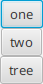
Repository: angelalvess/java-fx
Program's window: java javafx/src/basic/firstFx.java
The author's editor kept a copy of each file at every save. The program's window is drawn from the files as they stood at one save, then again after the next save.
It runs on Java 21 on a 1366 x 768 screen with JavaFX 11; the title bar is not drawn.

Above is the program's window before, as saved 2025-02-03 06:23:33.

### javafx/src/basic/firstFx.java
package basic;

import javafx.scene.Scene;
import javafx.scene.control.Button;

import javafx.application.Application;
import javafx.geometry.Pos;
import javafx.scene.layout.VBox;
import javafx.stage.Stage;

public class firstFx extends Application{

	@Override
	public void start(Stage primaryStage) throws Exception {

		Button buttonOne = new Button("one");
		Button buttonTwo = new Button("two");
		Button buttonTree = new Button("tree");

		buttonTree.setOnAction(e -> System.exit(0));

		VBox vBox = new VBox();
		vBox.setAlignment(Pos.CENTER);
		vBox.getChildren().add(buttonOne);
		vBox.getChildren().add(buttonTwo);
		vBox.getChildren().add(buttonTree);

		Scene principalScene  = new Scene(vBox);
		primaryStage.setScene(principalScene);
		primaryStage.show();
	}

	public static void main(String[] args) {
		launch(args);
	}

}

After the next save:
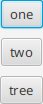
Saved 23 s later.
--- a/javafx/src/basic/firstFx.java
+++ b/javafx/src/basic/firstFx.java
@@ -21,6 +21,7 @@
 
 		VBox vBox = new VBox();
 		vBox.setAlignment(Pos.CENTER);
+		vBox.setSpacing(10);
 		vBox.getChildren().add(buttonOne);
 		vBox.getChildren().add(buttonTwo);
 		vBox.getChildren().add(buttonTree);
